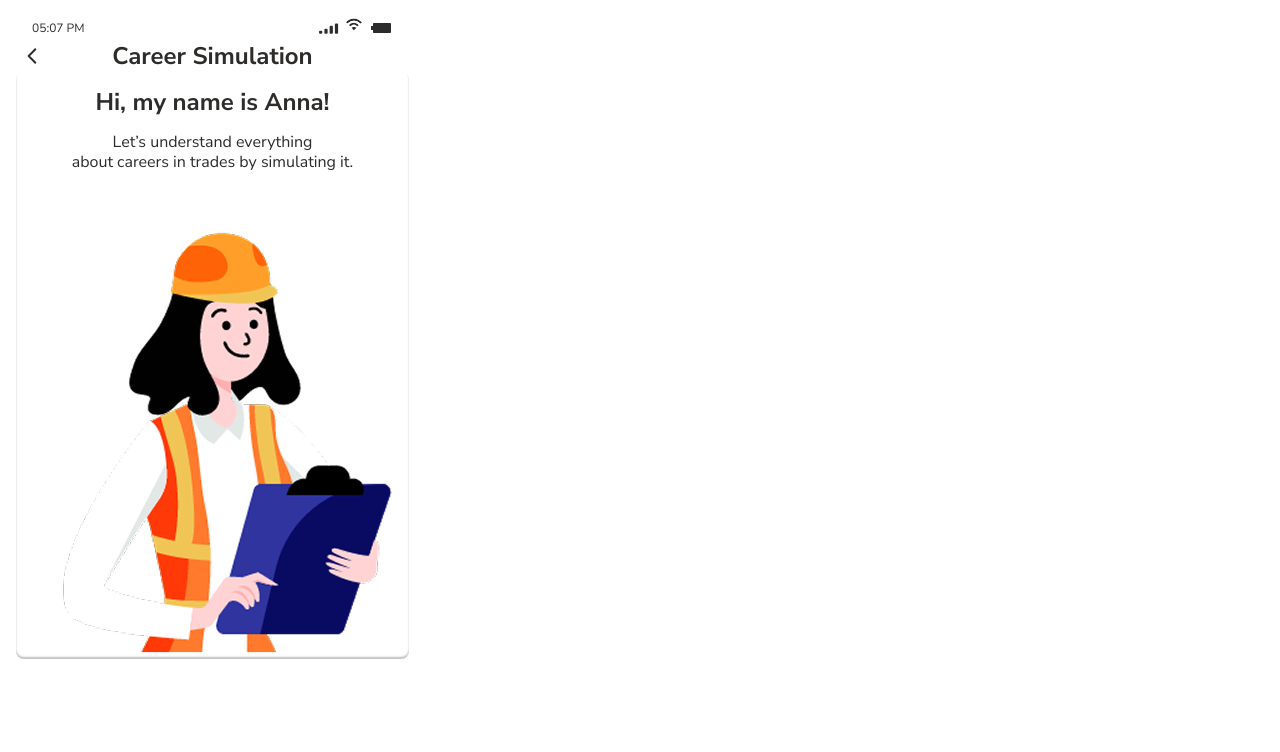
Repository: daniel-liu01/week10books
Page: /
The author's editor kept a copy of each file at every save. The page is drawn from the files as they stood at one save, then again after the next save.
The browser window is 1280 px wide. The pictures show the whole page.
The project was rebuilt for these pictures with package versions that can differ from the ones it lists, and the page was loaded fresh each time. Also part of the build but not shown: vite.config.js, vite.config.ts, src/App.css.

Above is the page before, as saved 2025-10-17 18:15:09.

### index.html
<!DOCTYPE html>
<html lang="en">
    <head>
        <meta charset="UTF-8" />
        <link
            rel="icon"
            type="image/svg+xml"
            href="/vite.svg" />
        <meta
            name="viewport"
            content="width=device-width, initial-scale=1.0" />
        <title>frontend</title>
        <link
            rel="preconnect"
            href="https://fonts.googleapis.com" />
        <link
            rel="preconnect"
            href="https://fonts.gstatic.com"
            crossorigin />
        <link
            href="https://fonts.googleapis.com/css2?family=Nunito+Sans:ital,opsz,wght@0,6..12,200..1000;1,6..12,200..1000&display=swap"
            rel="stylesheet" />
    </head>
    <body>
        <div id="root"></div>
        <script
            type="module"
            src="/src/main.jsx"></script>
    </body>
</html>

### src/index.css
/* ------------------------------------------------------ GENERAL STYLES ------------------------------------------------------ */
*,
*::before,
*::after {
    box-sizing: inherit;
}

html,
body {
    font-family: var(--font-family);
    box-sizing: border-box;
}

body {
    width: 393px;
    min-height: 100vh;
    margin: 16px;
    display: flex;
    flex-direction: column;
    gap: var(--space-large);
}

html {
    display: flex;
    align-items: flex-start;
}

/* ------------------------------------------------------ VARIABLES ------------------------------------------------------ */
:root {
    /* ----- COLORS ----- */
    --primary-50: #fff1e6;
    --primary-100: #ffd4b0;
    --primary-200: #ffbf8a;
    --primary-300: #ffa155;
    --primary-400: #ff8f34;
    --primary-500: #ff7301;
    --primary-600: #e86901;
    --primary-700: #b55201;
    --primary-800: #8c3f01;
    --primary-900: #6b3000;

    --secondary-50: #eefae6;
    --secondary-100: #cbefb1;
    --secondary-200: #b2e88b;
    --secondary-300: #8fdd55;
    --secondary-400: #79d635;
    --secondary-500: #58cc02;
    --secondary-600: #50ba02;
    --secondary-700: #3e9101;
    --secondary-800: #307001;
    --secondary-900: #255601;

    /* -- neutral colors -- */

    --offwhite-500: #f9f9f9;
    --white: #ffffff;
    --black-50: #eaeaea;
    --black-100: #bebebd;
    --black-200: #9e9e9d;
    --black-300: #727271;
    --black-400: #575655;
    --black-500: #2d2c2b;

    /* ----- TYPE ----- */
    --font-family: "Nunito Sans", sans-serif;

    --font-size-extra-large: 88px;
    --font-size-large: 30px;
    --font-size-extra-medium: 24px;
    --font-size-medium: 20px;
    --font-size-regular: 16px;
    --font-size-small: 12px;
    --font-size-extra-small: 10px;

    --font-style-normal: normal;
    --font-weight-bold: bold;

    --line-height-xxlarge: 100px;
    --line-height-large: 36px;
    --line-height-medium: 28px;
    --line-height-small: 20px;

    /* ----- SPACING ----- */
    --space-extra-small: 4px;
    --space-small: 8px;
    --space-regular: 16px;
    --space-medium: 32px;
    --space-large: 48px;
    --space-extra-large: 140px;

    /* ----- Inner shadow ----- */
    --inner-shadow: 0 -2px 2px 0 rgba(0, 0, 0, 0.25);
}

### src/App.jsx
import { useState } from "react";
import { BrowserRouter as Router, Routes, Route } from "react-router-dom";
import "./App.css";

import Simulation from "../app/Simulation/Simulation";

function App() {
    return (
        <div>
            <Simulation />
        </div>
    );
}

export default App;

### app/Simulation/Simulation.jsx
import styles from "./Simulation";
import StatusBar from "../../components/StatusBar/StatusBar";
import HeadingBar from "../../components/HeadingBar/HeadingBar";
import Card from "../../components/Card/Card";

function Simulation() {
    return (
        <div className={styles.container}>
            <StatusBar />
            <HeadingBar />
            <Card
                image='Anna.png'
                title='Hi, my name is Anna!'
                description={
                    <>
                        Let’s understand everything <br />
                        about careers in trades by simulating it.
                    </>
                }
            />
        </div>
    );
}

export default Simulation;

### components/StatusBar/StatusBar.jsx
import styles from "./StatusBar.module.css";
import Hour from "../Hour/Hour";

const StatusBar = () => {
    return (
        <div className={styles.container}>
            <Hour />
            <div className={styles.right}>
                <svg
                    className={styles.icon}
                    width='20'
                    height='11'
                    viewBox='0 0 20 11'
                    fill='none'
                    xmlns='http://www.w3.org/2000/svg'>
                    <rect
                        x='15.8765'
                        y='0.600098'
                        width='3.23284'
                        height='10.2222'
                        rx='1.02778'
                    />
                    <rect
                        x='10.6338'
                        y='2.64453'
                        width='3.23284'
                        height='8.17778'
                        rx='1.02778'
                    />
                    <rect
                        x='5.3916'
                        y='5.71094'
                        width='3.23284'
                        height='5.11111'
                        rx='1.02778'
                    />
                    <rect
                        x='0.0327148'
                        y='7.75537'
                        width='3.23284'
                        height='3.06667'
                        rx='1.02778'
                    />
                </svg>

                <svg
                    className={styles.icon}
                    width='22'
                    height='20'
                    viewBox='0 0 22 20'
                    fill='none'
                    xmlns='http://www.w3.org/2000/svg'>
                    <mask
                        id='path-1-inside-1_2157_1042'
                        fill='white'>
                        <path d='M15.9006 7.3897C15.3805 6.57002 14.6486 5.88977 13.7741 5.41333C12.8995 4.93689 11.9113 4.68001 10.9029 4.66702C9.89445 4.65403 8.89922 4.88535 8.01135 5.33908C7.12349 5.79281 6.37237 6.45396 5.82907 7.25994L7.69376 8.391C8.03417 7.88601 8.50479 7.47176 9.06109 7.18747C9.6174 6.90317 10.241 6.75824 10.8728 6.76638C11.5046 6.77452 12.1238 6.93547 12.6718 7.23399C13.2197 7.53251 13.6783 7.95873 14.0042 8.47231L15.9006 7.3897Z' />
                    </mask>
                    <path
                        d='M15.9006 7.3897C15.3805 6.57002 14.6486 5.88977 13.7741 5.41333C12.8995 4.93689 11.9113 4.68001 10.9029 4.66702C9.89445 4.65403 8.89922 4.88535 8.01135 5.33908C7.12349 5.79281 6.37237 6.45396 5.82907 7.25994L7.69376 8.391C8.03417 7.88601 8.50479 7.47176 9.06109 7.18747C9.6174 6.90317 10.241 6.75824 10.8728 6.76638C11.5046 6.77452 12.1238 6.93547 12.6718 7.23399C13.2197 7.53251 13.6783 7.95873 14.0042 8.47231L15.9006 7.3897Z'
                        strokeWidth='4.11111'
                        mask='url(#path-1-inside-1_2157_1042)'
                    />
                    <mask
                        id='path-2-inside-2_2157_1042'
                        fill='white'>
                        <path d='M19.0832 4.55309C18.1524 3.34672 16.9405 2.3605 15.542 1.67127C14.1435 0.982029 12.5961 0.608389 11.0204 0.579456C9.4447 0.550522 7.88323 0.867077 6.45765 1.50446C5.03207 2.14184 3.78086 3.08283 2.80152 4.25413L4.5268 5.55219C5.29548 4.63284 6.27755 3.89425 7.39649 3.39397C8.51543 2.8937 9.74102 2.64523 10.9778 2.66794C12.2145 2.69065 13.4291 2.98392 14.5268 3.5249C15.6245 4.06588 16.5757 4.83997 17.3063 5.78684L19.0832 4.55309Z' />
                    </mask>
                    <path
                        d='M19.0832 4.55309C18.1524 3.34672 16.9405 2.3605 15.542 1.67127C14.1435 0.982029 12.5961 0.608389 11.0204 0.579456C9.4447 0.550522 7.88323 0.867077 6.45765 1.50446C5.03207 2.14184 3.78086 3.08283 2.80152 4.25413L4.5268 5.55219C5.29548 4.63284 6.27755 3.89425 7.39649 3.39397C8.51543 2.8937 9.74102 2.64523 10.9778 2.66794C12.2145 2.69065 13.4291 2.98392 14.5268 3.5249C15.6245 4.06588 16.5757 4.83997 17.3063 5.78684L19.0832 4.55309Z'
                        strokeWidth='4.11111'
                        mask='url(#path-2-inside-2_2157_1042)'
                    />
                    <path d='M13.5162 9.77759L10.8222 12.3331L8.66699 9.77759L9.23963 9.50599C10.2507 9.02643 11.4136 8.97977 12.4599 9.37676L13.5162 9.77759Z' />
                </svg>

                <svg
                    className={styles.icon}
                    width='24'
                    height='24'
                    viewBox='0 0 24 24'
                    fill='none'
                    xmlns='http://www.w3.org/2000/svg'>
                    <path d='M5 17C4.71667 17 4.47917 16.9042 4.2875 16.7125C4.09583 16.5208 4 16.2833 4 16V14H2V10H4V8C4 7.71667 4.09583 7.47917 4.2875 7.2875C4.47917 7.09583 4.71667 7 5 7H21C21.2833 7 21.5208 7.09583 21.7125 7.2875C21.9042 7.47917 22 7.71667 22 8V16C22 16.2833 21.9042 16.5208 21.7125 16.7125C21.5208 16.9042 21.2833 17 21 17H5Z' />
                </svg>
            </div>
        </div>
    );
};

export default StatusBar;

### components/HeadingBar/HeadingBar.jsx
import styles from "./HeadingBar.module.css";
import ArrowBack from "../ArrowBack/ArrowBack";

function HeadingBar() {
    return (
        <div className={styles.heading_container}>
            <ArrowBack />
            <h1 className={styles.heading_pageTitle}>Career Simulation</h1>
            <div className={styles.heading_placeholder}></div>
        </div>
    );
}

export default HeadingBar;

### components/Card/Card.jsx
import styles from "./Card.module.css";

function Card({ image, title, description }) {
    return (
        <div className={styles.container}>
            <div className={styles.content}>
                <h3 className={styles.title}>{title}</h3>
                <p className={styles.description}>{description}</p>
            </div>
            {image && (
                <div className={styles.image_wrapper}>
                    <img
                        src={image}
                        alt={title}
                        className={styles.image}
                    />
                </div>
            )}
        </div>
    );
}

export default Card;

### components/StatusBar/StatusBar.module.css
.container {
    display: flex;
    flex-direction: row;
    align-items: center;
    justify-content: space-between;
    width: 393px;
    padding: 0 var(--space-regular);
    margin: 0;
}

.right {
    display: flex;
    align-items: center;
    gap: var(--space-extra-small);
}

.icon {
    fill: var(--black-500);
}

### components/Hour/Hour.jsx
"use client";
import { useEffect, useState } from "react";
import styles from "./Hour.module.css";

const Hour = () => {
    const [currentTime, setCurrentTime] = useState(new Date());

    useEffect(() => {
        const timer = setInterval(() => {
            setCurrentTime(new Date());
        }, 1000);

        return () => clearInterval(timer);
    }, []);

    const formattedTime = currentTime.toLocaleTimeString("en-US", {
        hour: "2-digit",
        minute: "2-digit",
        hour12: true,
    });

    return <div className={styles.hour}>{formattedTime}</div>;
};

export default Hour;

### components/HeadingBar/HeadingBar.module.css
.heading_container {
    width: 100%;
    display: flex;
    align-items: center;
    justify-content: space-between;
    gap: var(--space-small);
    margin: 0;
    padding: 0;
}

.heading_pageTitle {
    font-weight: var(--font-weight-bold);
    font-size: var(--font-size-extra-medium);
    margin: 0;
    line-height: 1;
    color: var(--black-500);
}

.heading_placeholder {
    width: var(--space-medium);
    height: var(--space-medium);
    visibility: hidden;
}

### components/ArrowBack/ArrowBack.jsx
import styles from "./ArrowBack.module.css";

function ArrowBack() {
    return (
        <div className={styles.arrow_container}>
            <svg
                className={styles.arrow_icon}
                xmlns='http://www.w3.org/2000/svg'
                width='16'
                height='16'
                viewBox='0 0 12 20'
                fill='none'>
                <path
                    d='M10.7071 19.2929C10.3166 19.6834 9.68342 19.6834 9.29289 19.2929L0.707106 10.7071C0.316582 10.3166 0.316583 9.68342 0.707107 9.29289L9.29289 0.707106C9.68342 0.316582 10.3166 0.316582 10.7071 0.707107L11.0679 1.06789C11.4584 1.45842 11.4584 2.09158 11.0679 2.48211L3.55 10L11.0679 17.5179C11.4584 17.9084 11.4584 18.5416 11.0679 18.9321L10.7071 19.2929Z'
                    fill='currentColor'
                />
            </svg>
        </div>
    );
}

export default ArrowBack;

### components/Card/Card.module.css
.container {
    display: flex;
    flex-direction: column;
    justify-content: space-between;
    align-items: center;
    border-radius: var(--space-small);
    background: var(--white);
    box-shadow: var(--inner-shadow) inset;
}

.content {
    display: flex;
    flex-direction: column;
    justify-content: space-between;
    align-items: center;
    font-family: var(--font-family);
    color: var(--black-500);
    text-align: center;
    padding: var(--space-regular);
}

.title {
    font-size: var(--font-size-extra-medium);
    font-weight: var(--font-weight-bold);
    line-height: var(--line-height-medium);
    margin: 0;
}

.description {
    font-size: var(--font-size-regular);
    line-height: var(--line-height-small);
}

.image_wrapper {
}

.image {
}

### components/Hour/Hour.module.css
.hour {
    color: var(--black-500);
    font-family: var(--font-family);
    font-size: var(--font-size-small);
}

### components/ArrowBack/ArrowBack.module.css
.arrow_container {
    display: inline-flex;
    align-items: center;
    justify-content: center;
    background: none;
    border: none;
    cursor: pointer;
    padding: 0;
    width: var(--space-medium);
    height: var(--space-medium);
}

.arrow_icon {
    color: var(--black-500);
    width: var(--space-regular);
    height: var(--space-regular);
}

.arrow_container:hover .arrow_icon {
    color: var(--primary-500);
}

### app/Simulation/Simulation.module.css
.container {
    display: flex;
    flex-direction: column;
    gap: var(--space-regular); /* 16px */
    padding: var(--space-regular); /* opcional: adiciona respiro interno */
}

Loaded but not shown: src/main.jsx (common file)

After the next save:
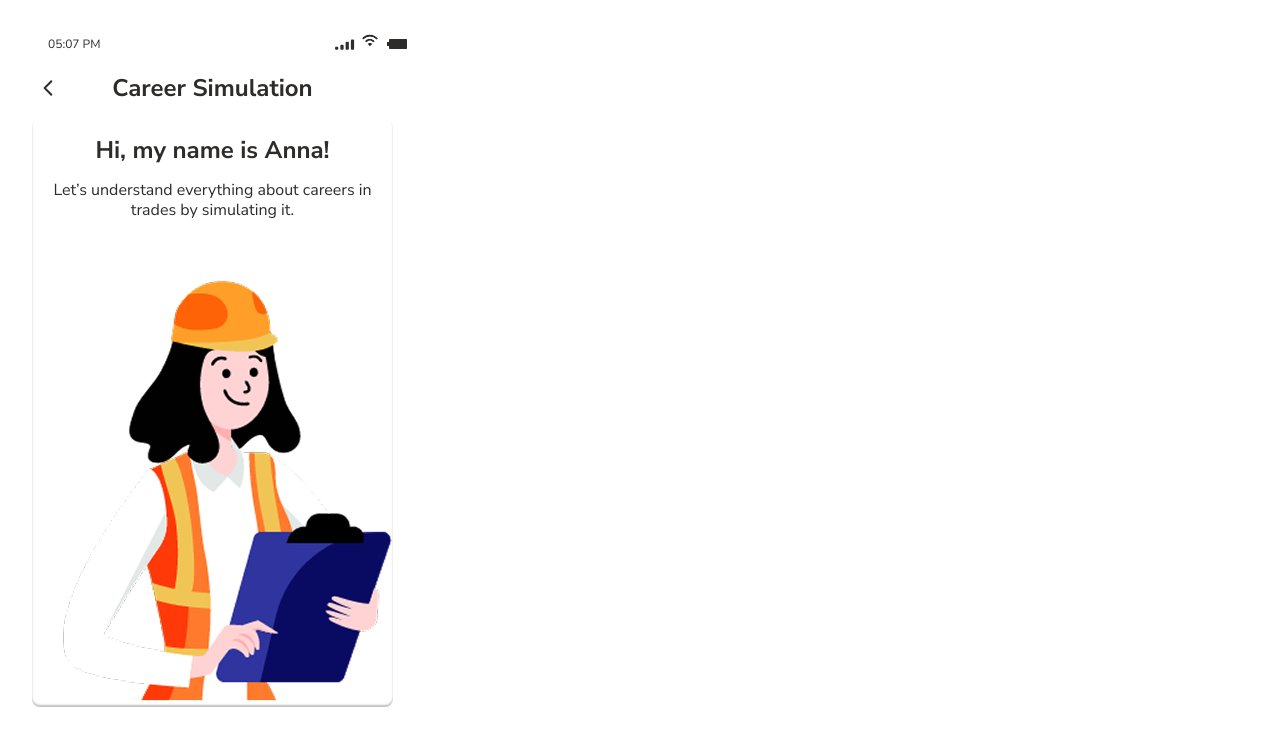
Saved 12 s later.
--- a/app/Simulation/Simulation.jsx
+++ b/app/Simulation/Simulation.jsx
@@ -1,4 +1,4 @@
-import styles from "./Simulation";
+import styles from "./Simulation.module.css";
 import StatusBar from "../../components/StatusBar/StatusBar";
 import HeadingBar from "../../components/HeadingBar/HeadingBar";
 import Card from "../../components/Card/Card";
@@ -11,12 +11,8 @@ function Simulation() {
             <Card
                 image='Anna.png'
                 title='Hi, my name is Anna!'
-                description={
-                    <>
-                        Let’s understand everything <br />
-                        about careers in trades by simulating it.
-                    </>
-                }
+                description={`Let’s understand everything
+about careers in trades by simulating it.`}
             />
         </div>
     );
